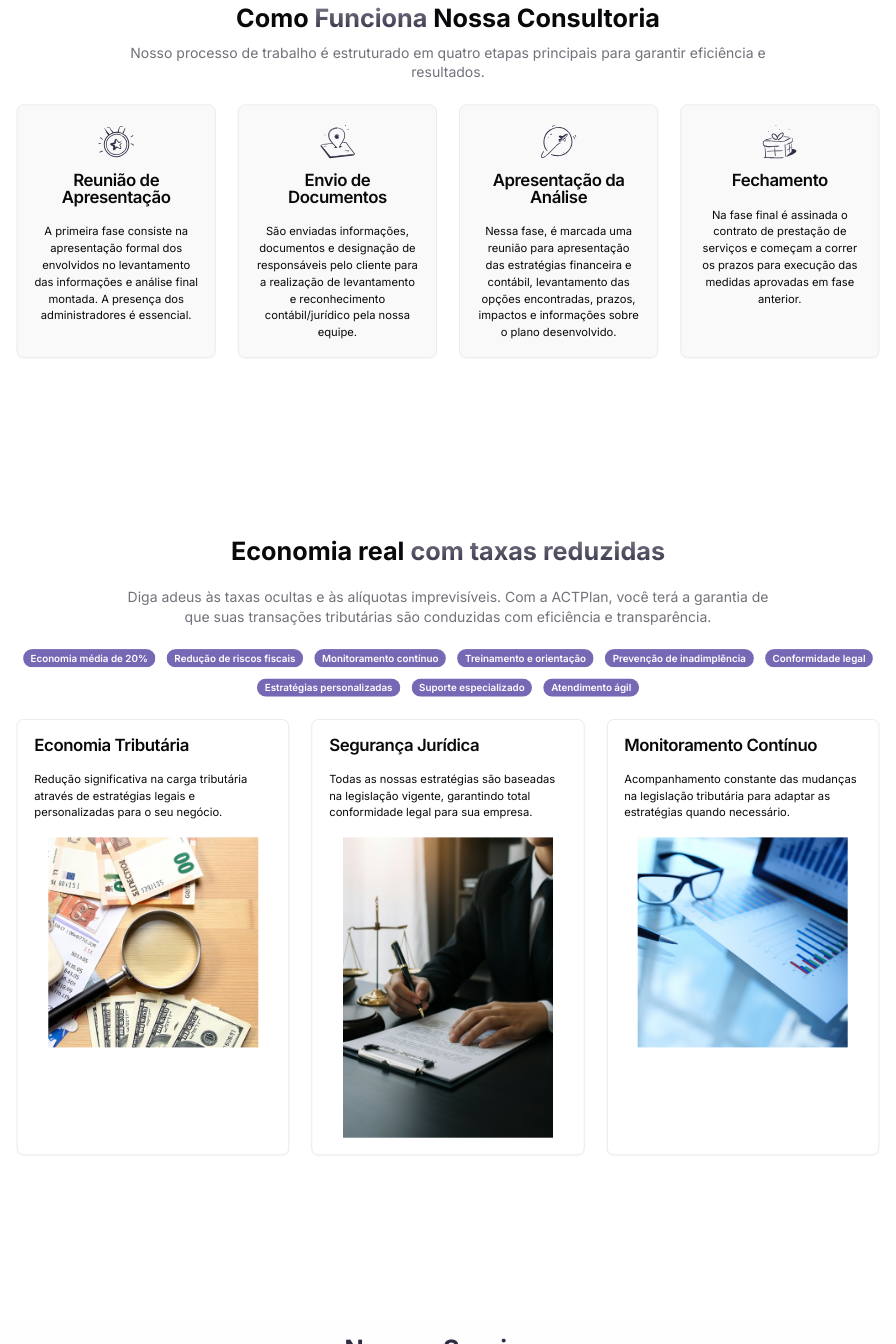
Repository: xoiurp/actplan-landing-page
Page: / (app in shadcn-landing-page-main/)
The author's editor kept a copy of each file at every save. The page is drawn from the files as they stood at one save, then again after the next save.
The browser window is 1280 px wide. The pictures show the part of the page from y = 2206 to 4126 px (the page is 9093 px tall), at 70% of full size.
The project was rebuilt for these pictures with package versions that can differ from the ones it lists, and the page was loaded fresh each time. Also part of the build but not shown: shadcn-landing-page-main/vite.config.ts.

Above is the page before, as saved 2025-06-24 17:02:30.

After the next save:
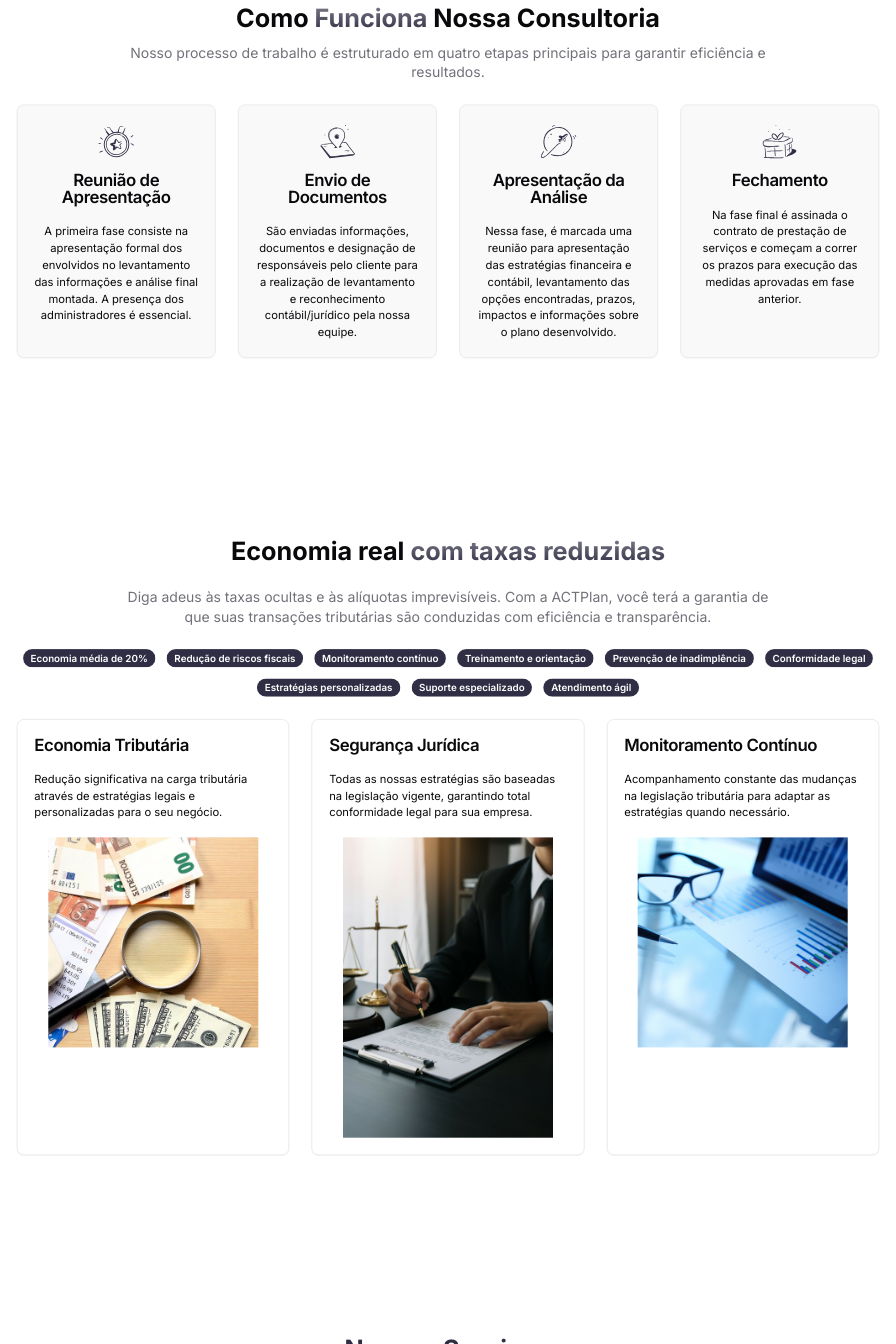
Saved 35 s later.
--- a/shadcn-landing-page-main/src/components/Features.tsx
+++ b/shadcn-landing-page-main/src/components/Features.tsx
@@ -70,8 +70,8 @@ export const Features = () => {
         {featureList.map((feature: string) => (
           <div key={feature}>
             <Badge
-              variant="secondary"
               className="text-sm"
+              style={{ backgroundColor: "#2F2E44", color: "white" }}
             >
               {feature}
             </Badge>
